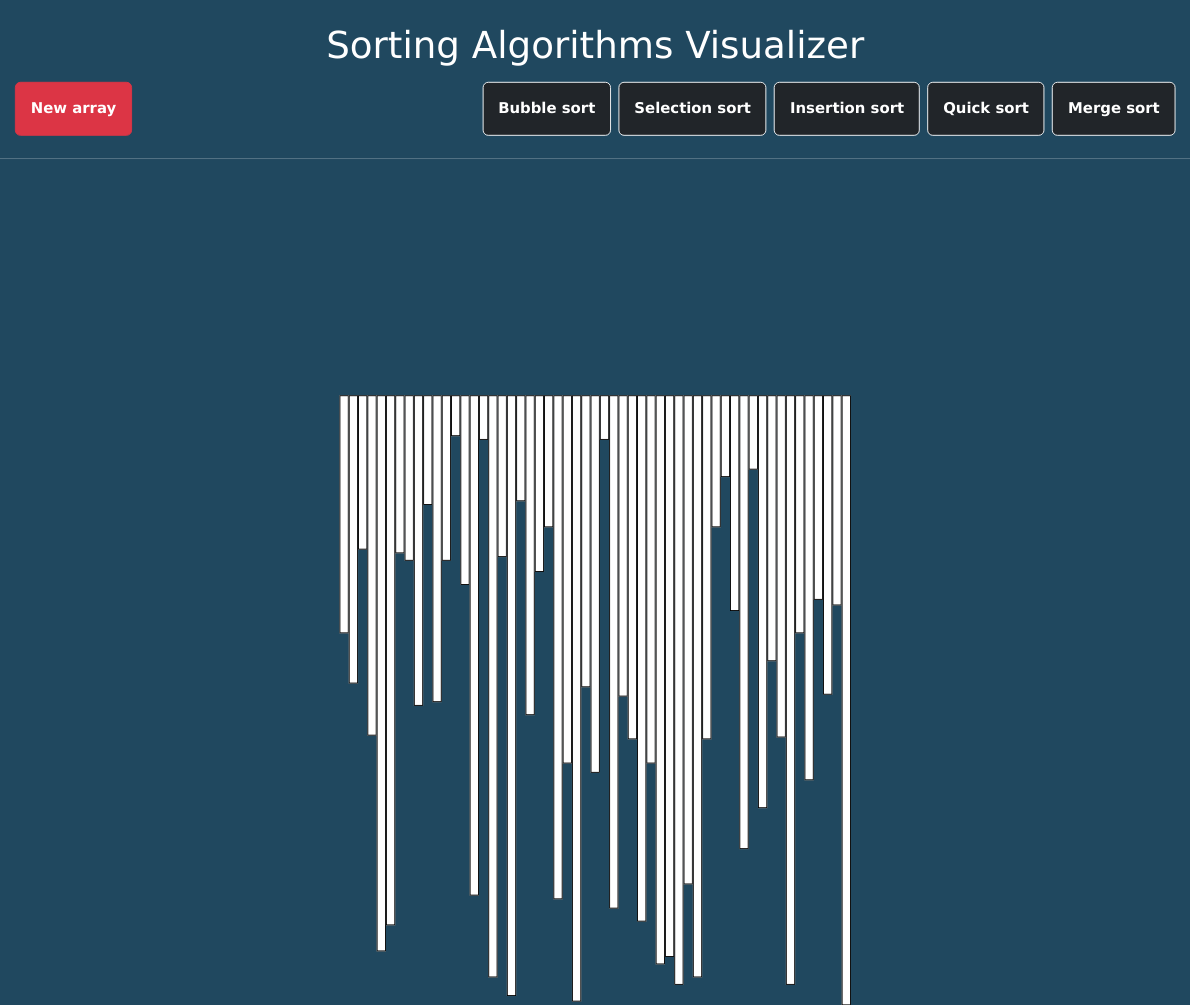
Repository: Vasil1001/Sorting-Algorithms-Visualizer-js
Page: views/index.html
The author's editor kept a copy of each file at every save. The page is drawn from the files as they stood at one save, then again after the next save.
The browser window is 1280 px wide. The pictures show the whole page, at 93% of full size.

Above is the page before, as saved 2022-11-03 18:14:34.

After the next save:
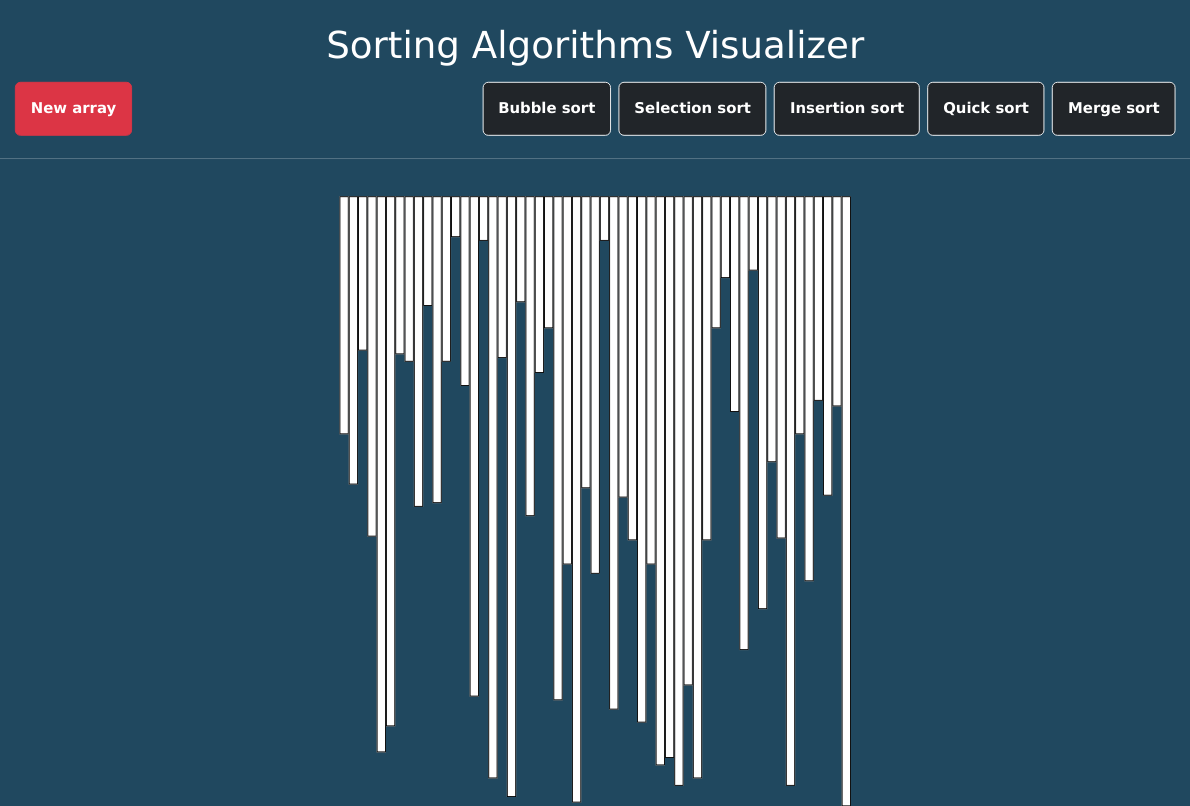
Saved 4 s later.
--- a/css/base.css
+++ b/css/base.css
@@ -5,7 +5,7 @@ body {
     font-family: 'Lucida Sans', 'Lucida Sans Regular', 'Lucida Grande', 'Lucida Sans Unicode', Geneva, Verdana, sans-serif;
 }
 .flex-container{
-    margin-top: 230px;
+    margin-top: 5px;
     display: flex;
     flex-wrap: nowrap;
     width: 100%;
